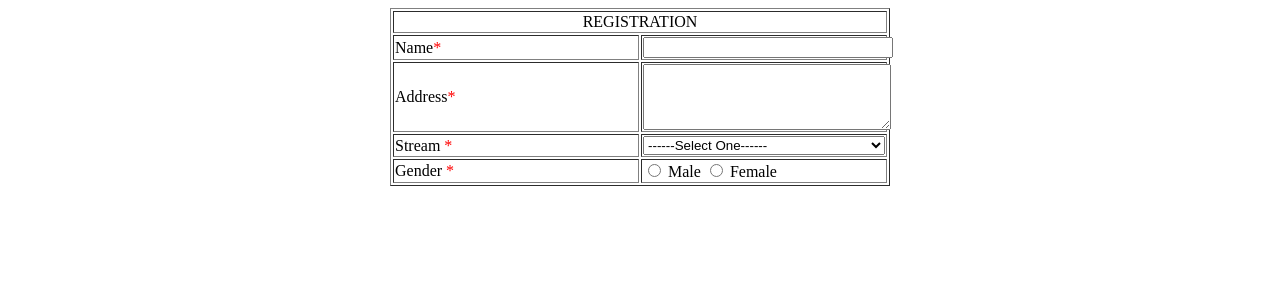
Repository: nsbgit/JavaTutorial
Page: http://localhost/Proj/
These files come from the project's save history. The page is drawn as it stood at one moment and after the next save; the edit follows.
The browser window is 1280 px wide. The pictures show the whole page.
The page is served by Tomcat 9.

Above is the page before, as saved 2013-09-29 08:19:18.

After the next save:
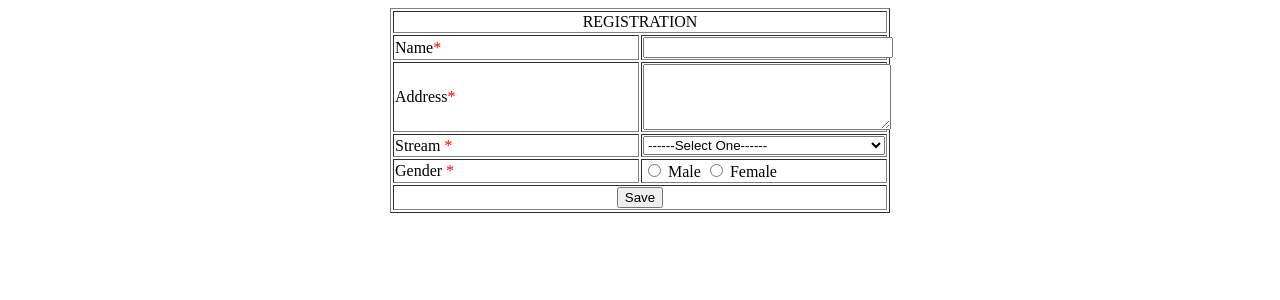
Saved 2 min 44 s later.
--- a/Webel/IDE/2013-09-29/TheSukanta/Proj/WebContent/first.jsp
+++ b/Webel/IDE/2013-09-29/TheSukanta/Proj/WebContent/first.jsp
@@ -41,6 +41,11 @@
 				<input type="radio" name="gen" value="f"> Female
 			</td>
 		</tr>
+		<tr>
+			<td colspan="2" align="center">
+				<input type="submit" value="Save">
+			</td>
+		</tr>
 	</table>
 </body>
 </html>
